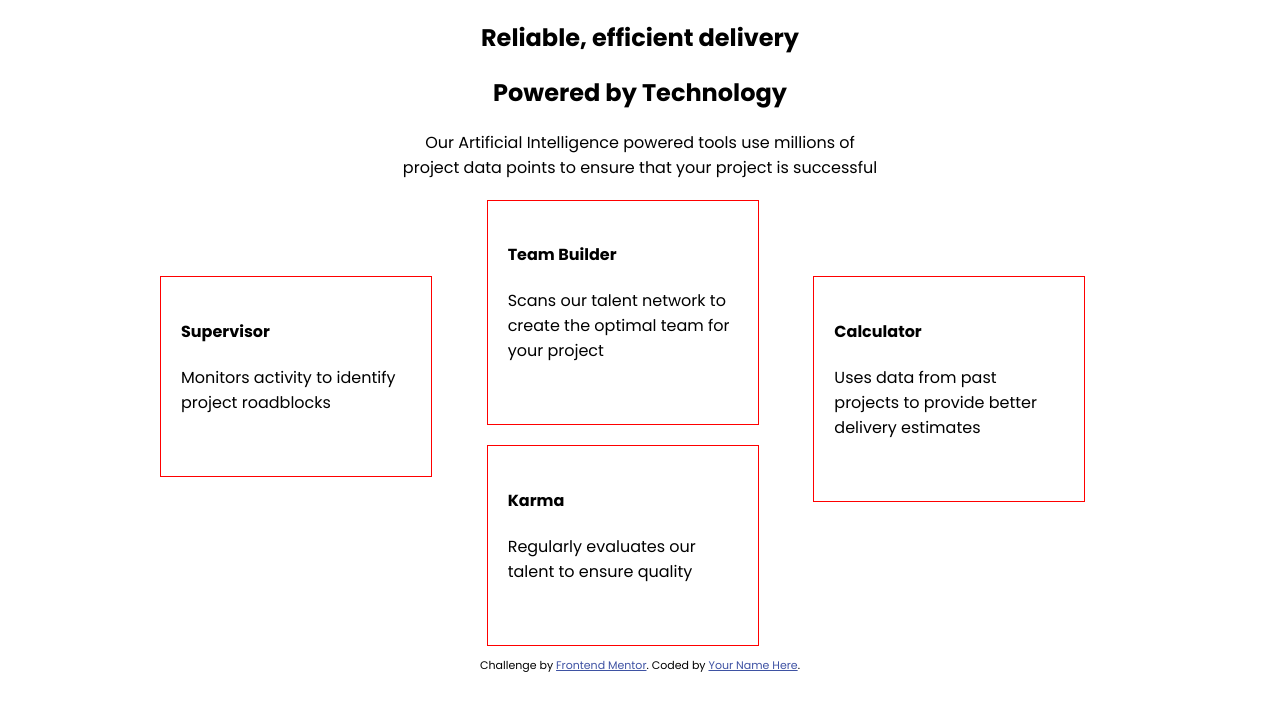
Repository: BuduCE/four-card-feature-section-master
Page: index.html
These files come from the project's save history. The page is drawn as it stood at one moment and after the next save; the edit follows.
The browser window is 1280 px wide. The pictures show the whole page.

Above is the page before, as saved 2023-06-01 22:28:28.

### index.html
<!DOCTYPE html>
<html lang="en">
<head>
  <meta charset="UTF-8">
  <meta name="viewport" content="width=device-width, initial-scale=1.0"> <!-- displays site properly based on user's device -->

  <link rel="icon" type="image/png" sizes="32x32" href="./images/favicon-32x32.png">

  <title>Frontend Mentor | Four card feature section</title>

  <link rel="stylesheet" href="styles.css">
  <!-- Gogle font family -->
  <link rel="preconnect" href="https://fonts.googleapis.com">
  <link rel="preconnect" href="https://fonts.gstatic.com" crossorigin>
  <link
    href="https://fonts.googleapis.com/css2?family=Montserrat:ital,wght@0,200;0,300;0,400;0,500;0,600;0,700;0,800;0,900;1,200;1,300;1,400;1,500;1,600;1,700;1,800;1,900&family=Poppins:wght@100;200;300;400;500;700;900&display=swap"
    rel="stylesheet">
</head>
<body>
  <h2>Reliable, efficient delivery</h2>
  <h2>Powered by Technology</h2>

  <p class="header_detail">Our Artificial Intelligence powered tools use millions of project data points
  to ensure that your project is successful</p>

  <div class="product_card">
    <div class="card_containers">
      <div class="card specialX">
        <h4>Supervisor</h4>
        <p>Monitors activity to identify project roadblocks</p>
        <img src="" alt="">
      </div>
    </div>

    <div class="card_containers special">
      <div class="card">
        <h4>Team Builder</h4>
        <p>Scans our talent network to create the optimal team for your project</p>
        <img src="" alt="">
      </div>

      <div class="card">
        <h4>Karma</h4>
        <p>Regularly evaluates our talent to ensure quality</p>
        <img src="" alt="">
      </div>
    </div>

    <div class="card_containers">
      <div class="card specialX">
        <h4>Calculator</h4>
        <p>Uses data from past projects to provide better delivery estimates</p>
        <img src="" alt="">
      </div>
    </div>
  </div>

  <footer>
    <p class="attribution">
      Challenge by <a href="https://www.frontendmentor.io?ref=challenge" target="_blank">Frontend Mentor</a>.
      Coded by <a href="#">Your Name Here</a>.
    </p>
  </footer>
</body>
</html>

### styles.css
.attribution {
    font-size: 11px;
    text-align: center;
}

.attribution a {
    color: hsl(228, 45%, 44%);
}

body {
    font-family: 'Poppins', sans-serif;
    text-align: center;
    width: 75%;
    margin: auto;
}
.header_detail{
    width: 50%;
    margin: auto;
}
.product_card{
    display: grid;
    grid-template-columns: 1fr 1fr 1fr;
    /* display: flex;
    align-items: center; */
    gap: 20px;
    width: 100%;
    margin: auto;
    margin-top: 20px;
}
.card{
    padding: 20px;
    border: 1px solid red;
    width: 75%;
    text-align: left;
}
.specialX{
    margin-top: 25%;
}
.special{
    display: flex;
    flex-direction: column;
    gap: 20px;
}

After the next save:
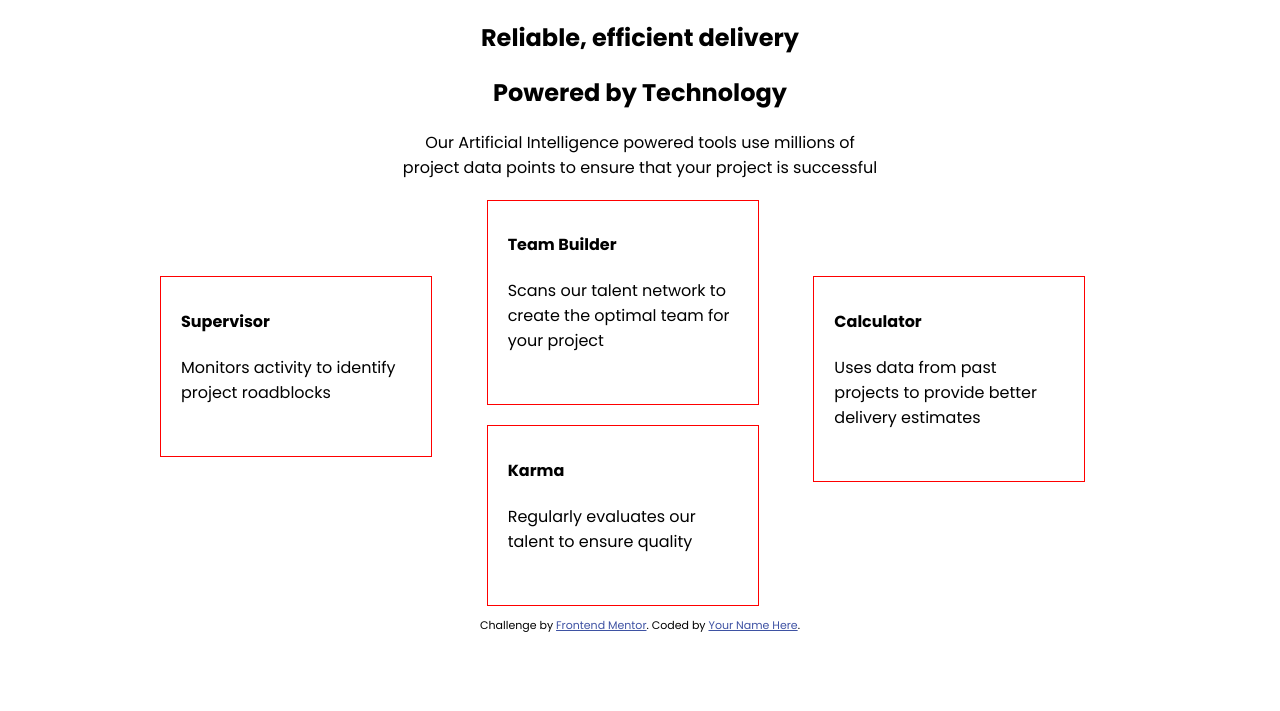
Saved 52 s later.
--- a/styles.css
+++ b/styles.css
@@ -28,7 +28,7 @@ body {
     margin-top: 20px;
 }
 .card{
-    padding: 20px;
+    padding: 10px 20px;
     border: 1px solid red;
     width: 75%;
     text-align: left;
